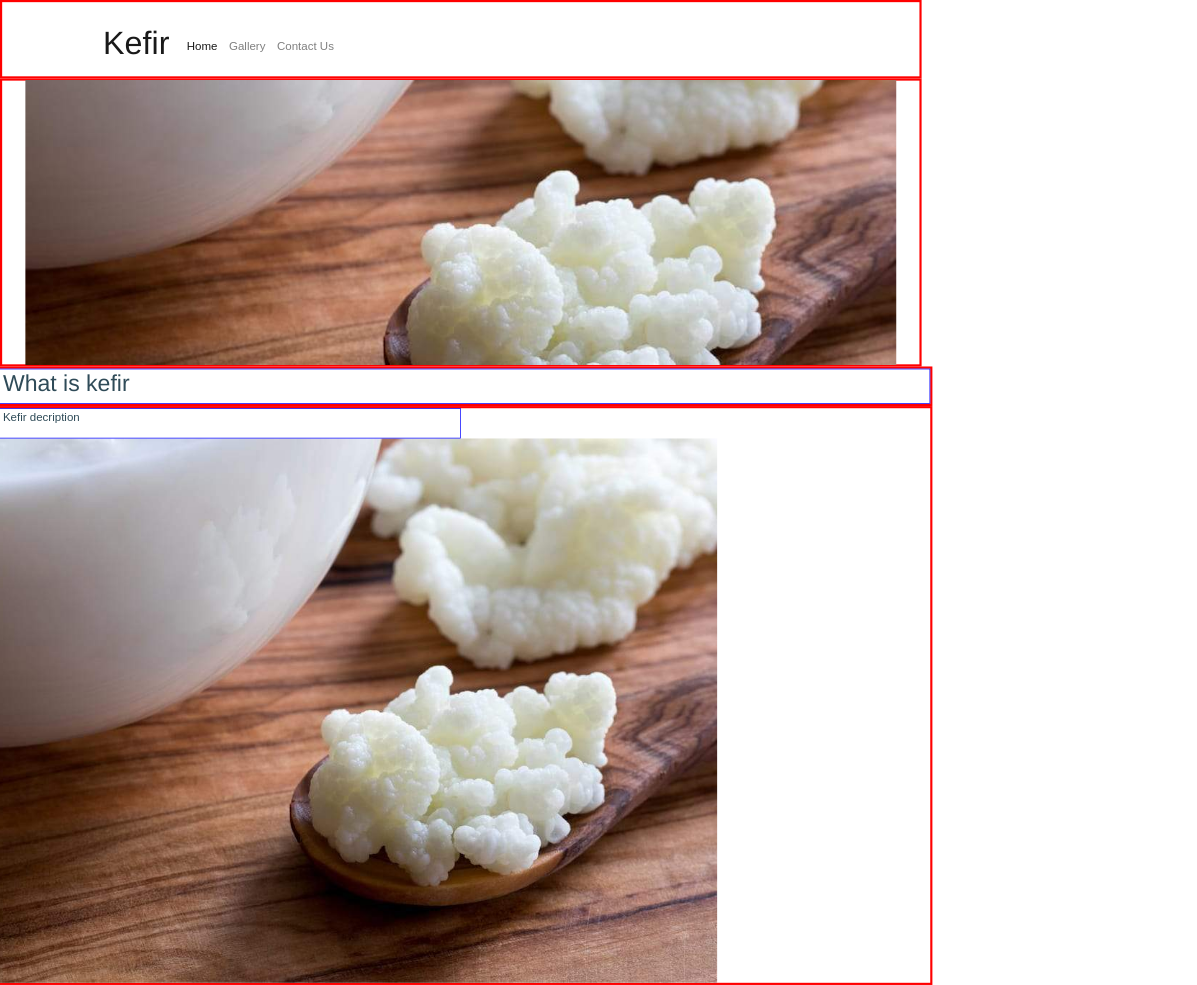
Repository: andna5980/kefir-web
Page: src/index.html
An editor plug-in stored every save of this project. The page is shown before and after the next save, followed by the edit.
The browser window is 1280 px wide. The page is 1295 px wide, then 1663 px, so the pictures cover 1663 px, including what lies to the right of the window. The pictures show the whole page, at 72% of full size.
Some web fonts or font styles are not loaded; a fallback is used. Some web libraries are served in a nearby version.

Above is the page before, as saved 2021-02-28 11:57:57.

After the next save:
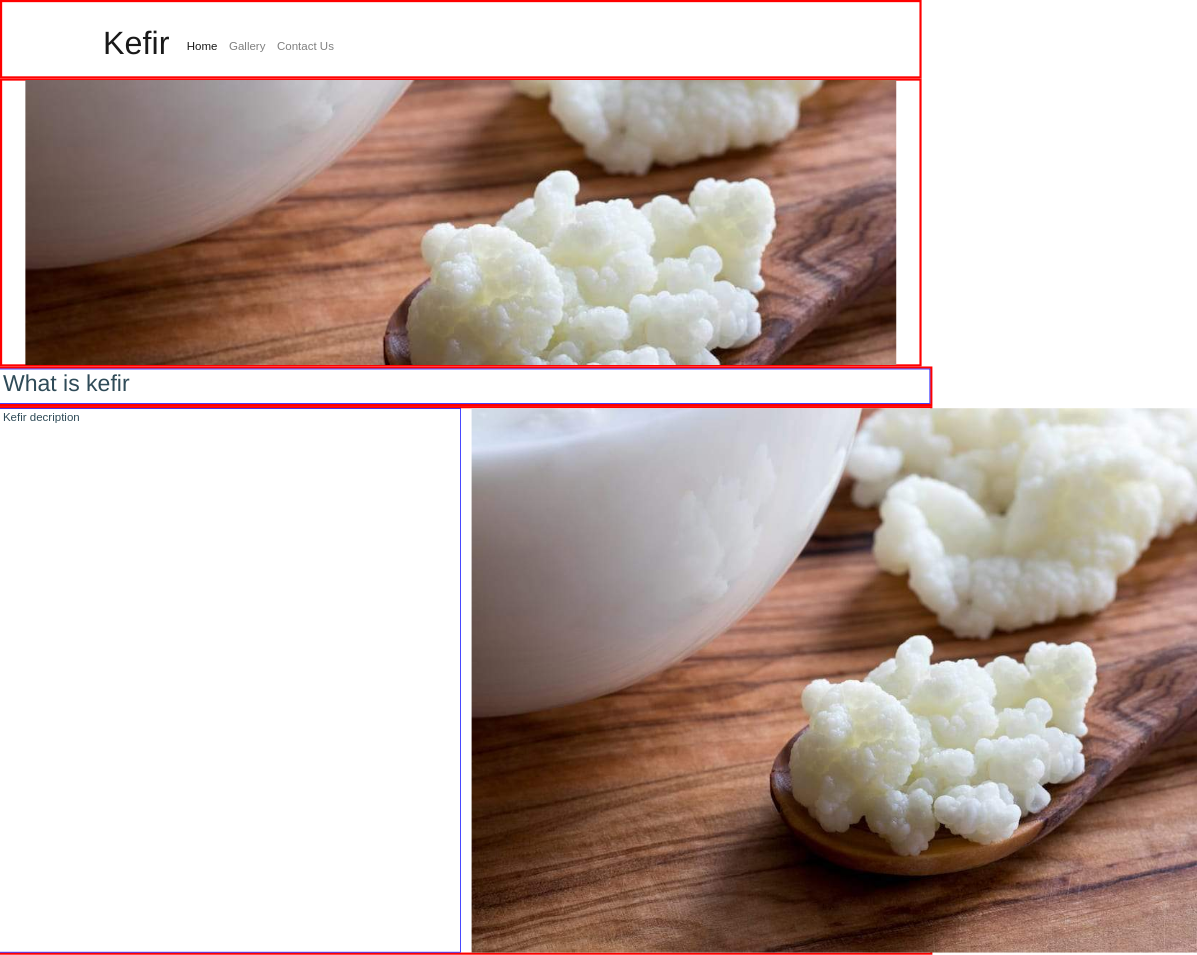
Saved 63 s later.
--- a/src/index.html
+++ b/src/index.html
@@ -60,9 +60,9 @@
       <div class="test-blue col-6">
         <p> Kefir decription</p>
       </div>
-        <img src="../src/assets/images/milk-kefir-grains-spoon_1024x1024.jpg" alt="kefir products">
+
       <div class="col-6">
-
+        <img src="../src/assets/images/milk-kefir-grains-spoon_1024x1024.jpg" alt="">
       </div>
     </div>
 
